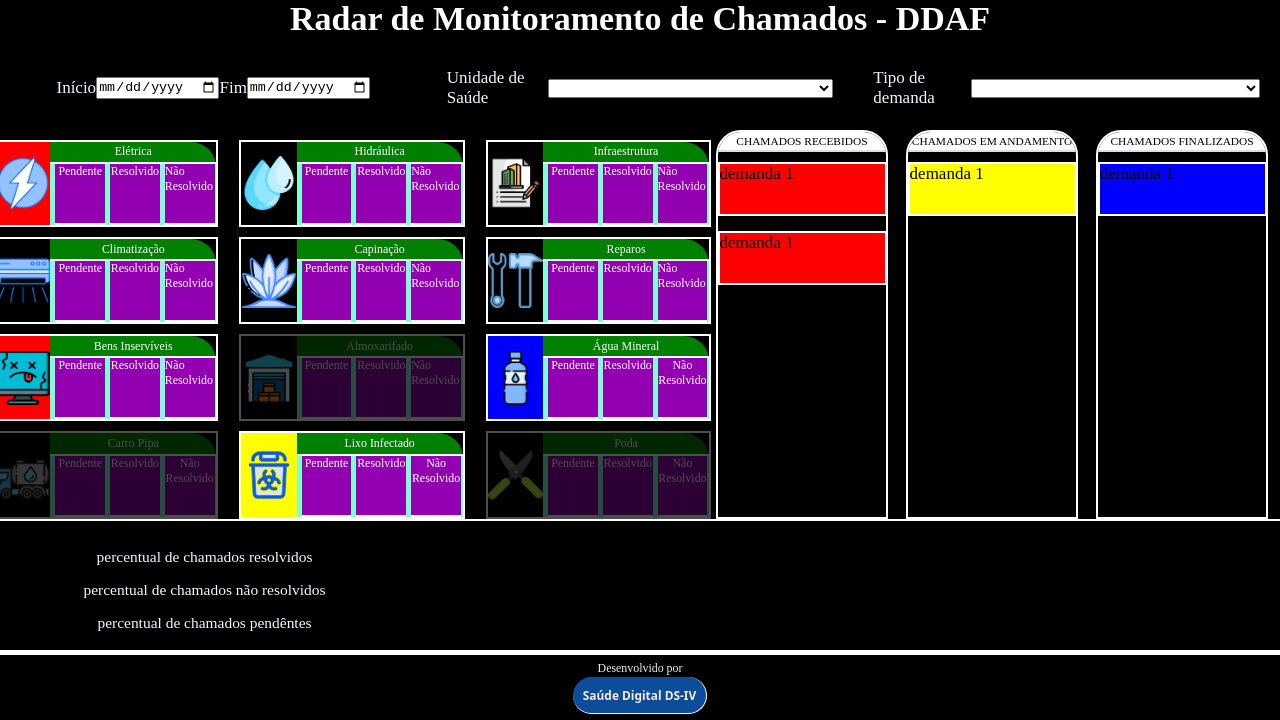
Repository: br-on/ddaf-chamados
Page: index.html
These files come from the project's save history. The page is drawn as it stood at one moment and after the next save; the edit follows.
The browser window is 1280 px wide. The pictures show the whole page.
The page's requests for data from a server got no answer.

Above is the page before, as saved 2025-01-26 04:34:24.

After the next save:
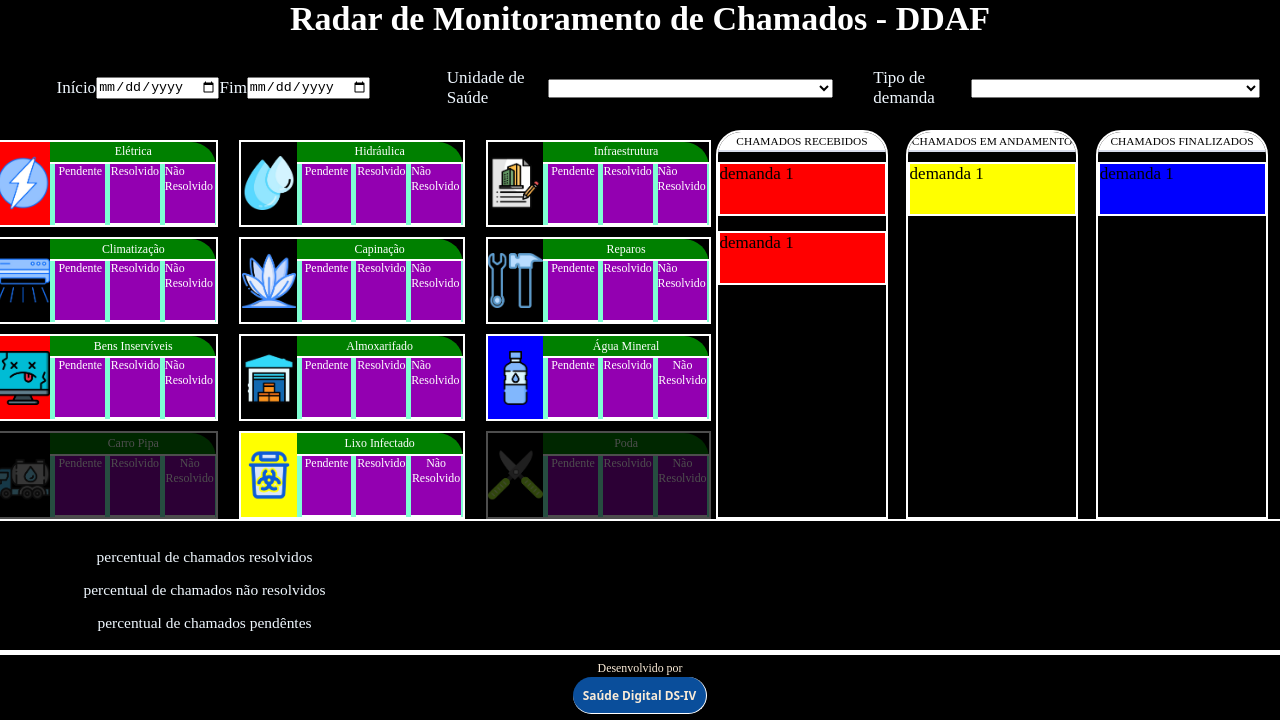
Saved 8 s later.
--- a/index.html
+++ b/index.html
@@ -133,7 +133,7 @@
                     </div>
                 </div>
             </div>
-            <div id="demanda-almoxarifado" class="demanda-tipo div-opaca">
+            <div id="demanda-almoxarifado" class="demanda-tipo">
                 <div class="img-tipo-demanda">
                     <img src="img/tipo-demanda-almoxarifado.png" alt="">
                 </div>
